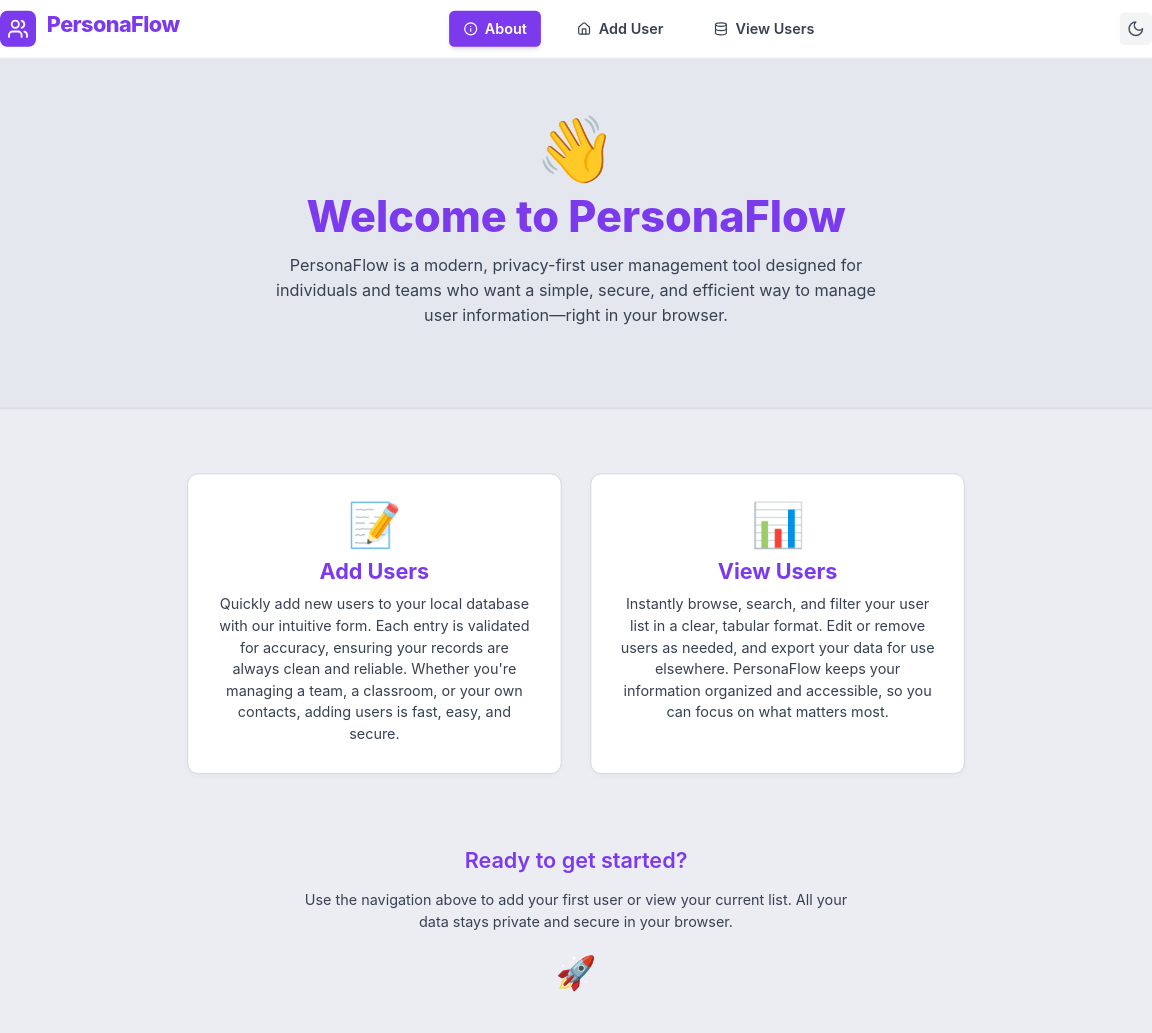
Repository: nikunjagarwal05/PersonaFlow
Page: /
These files come from the project's save history. The page is drawn as it stood at one moment and after a run of saves; the edit follows.
The browser window is 1280 px wide. The pictures show the whole page, at 90% of full size.
The project was rebuilt for these pictures with package versions that can differ from the ones it lists, and the page was loaded fresh each time. Also part of the build but not shown: vite.config.ts, src/components/Toast.jsx, src/components/UserForm.jsx, src/utils/localStorage.js, src/pages/Home.jsx, src/components/UserTable.jsx, src/components/SearchBar.jsx, src/components/Pagination.jsx and 2 more.

Above is the page before, as saved 2025-06-10 18:19:06.

### index.html
<!doctype html>
<html lang="en">
  <head>
    <meta charset="UTF-8" />
    <link rel="icon" type="image/svg+xml" href="/vite.svg" />
    <meta name="viewport" content="width=device-width, initial-scale=1.0" />
    <meta name="description" content="PersonaFlow - A professional user management system with advanced data handling capabilities" />
    <meta name="keywords" content="user management, data management, professional design, React, JavaScript" />
    <meta name="author" content="PersonaFlow Team" />

    <!-- Open Graph / Facebook -->
    <meta property="og:type" content="website" />
    <meta property="og:title" content="PersonaFlow - Professional User Management" />
    <meta property="og:description" content="Manage users with our professional, clean interface" />

    <!-- Twitter -->
    <meta property="twitter:card" content="summary_large_image" />
    <meta property="twitter:title" content="PersonaFlow - Professional User Management" />
    <meta property="twitter:description" content="Manage users with our professional, clean interface" />

    <title>PersonaFlow - User Management System</title>
  </head>
  <body>
    <div id="root"></div>
    <script type="module" src="/src/main.jsx"></script>
  </body>
</html>

### src/App.jsx
import React, { useState, useEffect } from 'react';
import { BrowserRouter as Router, Routes, Route } from 'react-router-dom';

import { ToastProvider } from './components/ToastContainer';
import Navbar from './components/Navbar';
import Home from './pages/Home';
import ViewData from './pages/ViewData';
import About from './pages/About';

// App component manages global state, dark mode, and routing
function App() {
  const [darkMode, setDarkMode] = useState(() => {
    const saved = localStorage.getItem('darkMode');
    return saved ? JSON.parse(saved) : false;
  });

  useEffect(() => {
    localStorage.setItem('darkMode', JSON.stringify(darkMode));
    if (darkMode) {
      document.documentElement.classList.add('dark');
    } else {
      document.documentElement.classList.remove('dark');
    }
  }, [darkMode]);

  const toggleDarkMode = () => {
    setDarkMode(!darkMode);
  };

  return (
    <div className={`min-h-screen transition-colors duration-300 ${darkMode ? 'dark' : ''}`}>
      <ToastProvider>
        <Router>
          <Navbar darkMode={darkMode} toggleDarkMode={toggleDarkMode} />
          <Routes>
            <Route path="/" element={<About />} />
            <Route path="/add" element={<Home />} />
            <Route path="/view" element={<ViewData />} />
          </Routes>
        </Router>
      </ToastProvider>
    </div>
  );
}

export default App;

### src/index.css
@tailwind base;
@tailwind components;
@tailwind utilities;

@layer base {
  html {
    scroll-behavior: smooth;
  }

  body {
    font-family: -apple-system, BlinkMacSystemFont, 'Segoe UI', 'Roboto', 'Oxygen',
      'Ubuntu', 'Cantarell', 'Fira Sans', 'Droid Sans', 'Helvetica Neue',
      sans-serif;
    -webkit-font-smoothing: antialiased;
    -moz-osx-font-smoothing: grayscale;
    background-color: theme('colors.lightbg'); /* Deeper, softer white for light mode */
    color: theme('colors.gray.900');
  }
  .card {
    background-color: theme('colors.lightcard');
    border: 1px solid theme('colors.lightborder');
    border-radius: 0.75rem;
    box-shadow: 0 2px 8px 0 rgba(0,0,0,0.03);
  }
  .dark body {
    background-color: theme('colors.gray.900');
    color: theme('colors.gray.100');
  }
  .dark .card {
    background-color: theme('colors.gray.800');
    border: 1px solid theme('colors.gray.700');
  }
}

@layer utilities {
  .animate-slide-in {
    animation: slideIn 0.3s ease-out;
  }

  .animate-fade-in {
    animation: fadeIn 0.2s ease-out;
  }
}

@keyframes slideIn {
  from {
    opacity: 0;
    transform: translateX(100%);
  }
  to {
    opacity: 1;
    transform: translateX(0);
  }
}

@keyframes fadeIn {
  from {
    opacity: 0;
  }
  to {
    opacity: 1;
  }
}

/* Custom scrollbar */
::-webkit-scrollbar {
  width: 8px;
}

::-webkit-scrollbar-track {
  background: rgba(0, 0, 0, 0.1);
  border-radius: 10px;
}

::-webkit-scrollbar-thumb {
  background: #3b82f6;
  border-radius: 10px;
}

::-webkit-scrollbar-thumb:hover {
  background: #2563eb;
}

/* Focus styles */
input:focus, select:focus, textarea:focus {
  outline: none;
  box-shadow: 0 0 0 3px rgba(59, 130, 246, 0.3);
}

/* Selection styles */
::selection {
  background: rgba(59, 130, 246, 0.3);
  color: white;
}

/* Loading spinner */
.loading-spinner {
  border: 3px solid rgba(59, 130, 246, 0.3);
  border-radius: 50%;
  border-top: 3px solid #3b82f6;
  width: 24px;
  height: 24px;
  animation: spin 1s linear infinite;
}

@keyframes spin {
  0% { transform: rotate(0deg); }
  100% { transform: rotate(360deg); }
}

/* Button animations */
.btn-hover {
  transition: all 0.2s ease-in-out;
}

.btn-hover:hover {
  transform: translateY(-1px);
  box-shadow: 0 4px 12px rgba(0, 0, 0, 0.15);
}

/* Card hover effects */
.card-hover {
  transition: all 0.2s ease-in-out;
}

.card-hover:hover {
  transform: translateY(-2px);
  box-shadow: 0 8px 25px rgba(0, 0, 0, 0.1);
}

/* Mobile optimizations */
@media (max-width: 768px) {
  .animate-slide-in {
    animation: slideInMobile 0.3s ease-out;
  }
}

@keyframes slideInMobile {
  from {
    opacity: 0;
    transform: translateY(20px);
  }
  to {
    opacity: 1;
    transform: translateY(0);
  }
}

/* High contrast mode support */
@media (prefers-contrast: high) {
  .bg-gradient-to-r {
    background: solid;
  }
}

/* Reduced motion support */
@media (prefers-reduced-motion: reduce) {
  * {
    animation-duration: 0.01ms !important;
    animation-iteration-count: 1 !important;
    transition-duration: 0.01ms !important;
  }

  .animate-slide-in,
  .animate-fade-in {
    animation: none;
  }
}

/* Dark mode improvements */
.dark {
  color-scheme: dark;
}

/* Form improvements */
.form-input {
  transition: all 0.2s ease-in-out;
}

.form-input:focus {
  transform: translateY(-1px);
}

/* Table improvements */
.table-row {
  transition: all 0.2s ease-in-out;
}

.table-row:hover {
  transform: scale(1.01);
}

/* Accent color for buttons and links */
.btn-accent {
  background-color: theme('colors.accent.DEFAULT');
  color: #fff;
}
.btn-accent:hover {
  background-color: theme('colors.accent.dark');
}
.link-accent {
  color: theme('colors.accent.DEFAULT');
}
.link-accent:hover {
  color: theme('colors.accent.dark');
}

/* Use darkaccent for accent in dark mode */
.dark .btn-accent {
  background-color: theme('colors.darkaccent.DEFAULT');
  color: #fff;
}
.dark .btn-accent:hover {
  background-color: theme('colors.darkaccent.dark');
}
.dark .link-accent {
  color: theme('colors.darkaccent.DEFAULT');
}
.dark .link-accent:hover {
  color: theme('colors.darkaccent.dark');
}

### src/components/ToastContainer.jsx
import React, { createContext, useContext, useState, useCallback } from 'react';
import Toast from './Toast';

// ToastContainer provides context and renders toasts
const ToastContext = createContext(undefined);

export const useToast = () => {
  const context = useContext(ToastContext);
  if (!context) {
    throw new Error('useToast must be used within a ToastProvider');
  }
  return context;
};

export const ToastProvider = ({ children }) => {
  const [toasts, setToasts] = useState([]);

  const showToast = useCallback((toast) => {
    const id = crypto.randomUUID();
    const newToast = {
      ...toast,
      id,
      onClose: removeToast,
    };
    setToasts(prev => [...prev, newToast]);
  }, []);

  const removeToast = useCallback((id) => {
    setToasts(prev => prev.filter(toast => toast.id !== id));
  }, []);

  return (
    <ToastContext.Provider value={{ showToast }}>
      {children}
      <div className="fixed top-4 right-4 z-50 space-y-2 max-w-sm">
        {toasts.map(toast => (
          <Toast key={toast.id} {...toast} />
        ))}
      </div>
    </ToastContext.Provider>
  );
};

### src/components/Navbar.jsx
import React from 'react';
import { Link, useLocation } from 'react-router-dom';
import { Home, Database, Moon, Sun, Users, Info } from 'lucide-react';

// Navbar component provides navigation and dark mode toggle
const Navbar = ({ darkMode, toggleDarkMode }) => {
  const location = useLocation();

  return (
    <nav className="sticky top-0 z-40 bg-white dark:bg-gray-900 border-b border-gray-200 dark:border-gray-700 shadow-sm">
      <div className="max-w-7xl mx-auto">
        <div className="flex justify-between items-center h-16 w-full">

          {/* App Name at far left */}
          <div className="flex items-centermin-w-[220px]">

            <div className="p-2 bg-accent dark:bg-darkaccent rounded-lg">
              <Users className="w-6 h-6 text-white" />
            </div>

            <h1 className="ml-3 text-2xl font-extrabold text-accent dark:text-darkaccent-light tracking-tight select-none">
              PersonaFlow
            </h1>
          </div>

          {/* Nav Links Centered */}
          <div className="flex-1  flex justify-center">
            <div className="flex items-baseline space-x-6">
              <Link
                to="/"
                className={`px-4 py-2 rounded-md font-semibold transition-all duration-200 flex items-center space-x-2 ${
                  location.pathname === '/'
                    ? 'bg-accent dark:bg-darkaccent text-white shadow-md'
                    : 'text-gray-700 dark:text-gray-300 hover:bg-gray-100 dark:hover:bg-gray-800'
                }`}
              >
                <Info className="w-4 h-4" />
                <span>About</span>
              </Link>
              <Link
                to="/add"
                className={`px-4 py-2 rounded-md font-semibold transition-all duration-200 flex items-center space-x-2 ${
                  location.pathname === '/add'
                    ? 'bg-accent dark:bg-darkaccent text-white shadow-md'
                    : 'text-gray-700 dark:text-gray-300 hover:bg-gray-100 dark:hover:bg-gray-800'
                }`}
              >
                <Home className="w-4 h-4" />
                <span>Add User</span>
              </Link>
              <Link
                to="/view"
                className={`px-4 py-2 rounded-md font-semibold transition-all duration-200 flex items-center space-x-2 ${
                  location.pathname === '/view'
                    ? 'bg-accent dark:bg-darkaccent text-white shadow-md'
                    : 'text-gray-700 dark:text-gray-300 hover:bg-gray-100 dark:hover:bg-gray-800'
                }`}
              >
                <Database className="w-4 h-4" />
                <span>View Users</span>
              </Link>
            </div>
          </div>

          {/* Theme Toggle at far right */}
          <div className="flex items-center justify-end min-w-[60px]">
            <button
              onClick={toggleDarkMode}
              className="p-2 rounded-md bg-gray-100 dark:bg-gray-800 hover:bg-gray-200 dark:hover:bg-gray-700 transition-all duration-200"
              aria-label="Toggle dark mode"
            >
              {darkMode ? (
                <Sun className="w-5 h-5 text-yellow-500" />
              ) : (
                <Moon className="w-5 h-5 text-gray-600" />
              )}
            </button>
          </div>
        </div>
      </div>

      {/* Mobile Navigation */}
      <div className="md:hidden border-t border-gray-200 dark:border-gray-700">
        <div className="px-2 pt-2 pb-3 space-y-1">
          <Link
            to="/"
            className={`block px-3 py-2 rounded-md text-base font-medium transition-all duration-200 flex items-center space-x-2 ${
              location.pathname === '/'
                ? 'bg-accent dark:bg-darkaccent text-white'
                : 'text-gray-700 dark:text-gray-300 hover:bg-gray-100 dark:hover:bg-gray-800'
            }`}
          >
            <Info className="w-4 h-4" />
            <span>About</span>
          </Link>
          <Link
            to="/add"
            className={`block px-3 py-2 rounded-md text-base font-medium transition-all duration-200 flex items-center space-x-2 ${
              location.pathname === '/add'
                ? 'bg-accent dark:bg-darkaccent text-white'
                : 'text-gray-700 dark:text-gray-300 hover:bg-gray-100 dark:hover:bg-gray-800'
            }`}
          >
            <Home className="w-4 h-4" />
            <span>Add User</span>
          </Link>
          <Link
            to="/view"
            className={`block px-3 py-2 rounded-md text-base font-medium transition-all duration-200 flex items-center space-x-2 ${
              location.pathname === '/view'
                ? 'bg-accent dark:bg-darkaccent text-white'
                : 'text-gray-700 dark:text-gray-300 hover:bg-gray-100 dark:hover:bg-gray-800'
            }`}
          >
            <Database className="w-4 h-4" />
            <span>View Users</span>
          </Link>
        </div>
      </div>
    </nav>
  );
};

export default Navbar;

### src/pages/About.jsx
import React from 'react';

// About page: Explains the website and its main features in depth
const About = () => {
  return (
    <div className="min-h-screen bg-lightbg dark:bg-gray-900 text-gray-900 dark:text-gray-100">
      {/* Hero Section */}
      <section className="w-full py-16 bg-lightcard dark:bg-gray-800 border-b border-lightborder dark:border-gray-700 mb-10">
        <div className="max-w-3xl mx-auto px-4 flex flex-col items-center text-center">
          <span className="inline-block text-7xl mb-4">👋</span>
          <h1 className="text-4xl sm:text-5xl font-extrabold text-accent dark:text-accent-light mb-4">Welcome to PersonaFlow</h1>
          <p className="text-lg text-gray-700 dark:text-gray-200 max-w-2xl mb-6">
            PersonaFlow is a modern, privacy-first user management tool designed for individuals and teams who want a simple, secure, and efficient way to manage user information—right in your browser.
          </p>
        </div>
      </section>

      {/* Features Section */}
      <section className="max-w-4xl mx-auto px-4 py-8 grid grid-cols-1 md:grid-cols-2 gap-8">
        {/* Add Users Feature */}
        <div className="bg-white dark:bg-gray-800 card p-8 flex flex-col items-center text-center">
          <span className="text-5xl mb-3">📝</span>
          <h2 className="text-2xl font-bold text-accent dark:text-accent-light mb-2">Add Users</h2>
          <p className="text-gray-700 dark:text-gray-200">
            Quickly add new users to your local database with our intuitive form. Each entry is validated for accuracy, ensuring your records are always clean and reliable. Whether you're managing a team, a classroom, or your own contacts, adding users is fast, easy, and secure.
          </p>
        </div>
        {/* View Users Feature */}
        <div className="bg-white dark:bg-gray-800 card p-8 flex flex-col items-center text-center">
          <span className="text-5xl mb-3">📊</span>
          <h2 className="text-2xl font-bold text-accent dark:text-accent-light mb-2">View Users</h2>
          <p className="text-gray-700 dark:text-gray-200">
            Instantly browse, search, and filter your user list in a clear, tabular format. Edit or remove users as needed, and export your data for use elsewhere. PersonaFlow keeps your information organized and accessible, so you can focus on what matters most.
          </p>
        </div>
      </section>

      {/* Call to Action */}
      <section className="max-w-2xl mx-auto px-4 py-12 text-center">
        <h3 className="text-2xl font-semibold mb-4 text-accent dark:text-accent-light">Ready to get started?</h3>
        <p className="text-gray-700 dark:text-gray-200 mb-6">
          Use the navigation above to add your first user or view your current list. All your data stays private and secure in your browser.
        </p>
        <span className="inline-block text-4xl">🚀</span>
      </section>
    </div>
  );
};

export default About;

### tailwind.config.js
/** @type {import('tailwindcss').Config} */
export default {
  content: ['./index.html', './src/**/*.{js,ts,jsx,tsx}'],
  theme: {
    extend: {
      colors: {
        lightbg: '#ececf3', // deeper, softer white for light mode
        lightcard: '#e5e7ef', // soft card
        lightborder: '#d1d5db',
        accent: {
          DEFAULT: '#7c3aed', // deep purple for light mode
          dark: '#6d28d9', // even deeper purple
          light: '#a78bfa', // lighter purple
        },
        darkaccent: {
          DEFAULT: '#06b6d4', // cyan/teal for dark mode
          dark: '#0e7490',
          light: '#67e8f9',
        },
      },
    },
  },
  plugins: [],
  darkMode: 'class',
};

Loaded but not shown: src/main.jsx (common file)

After the next 3 saves:
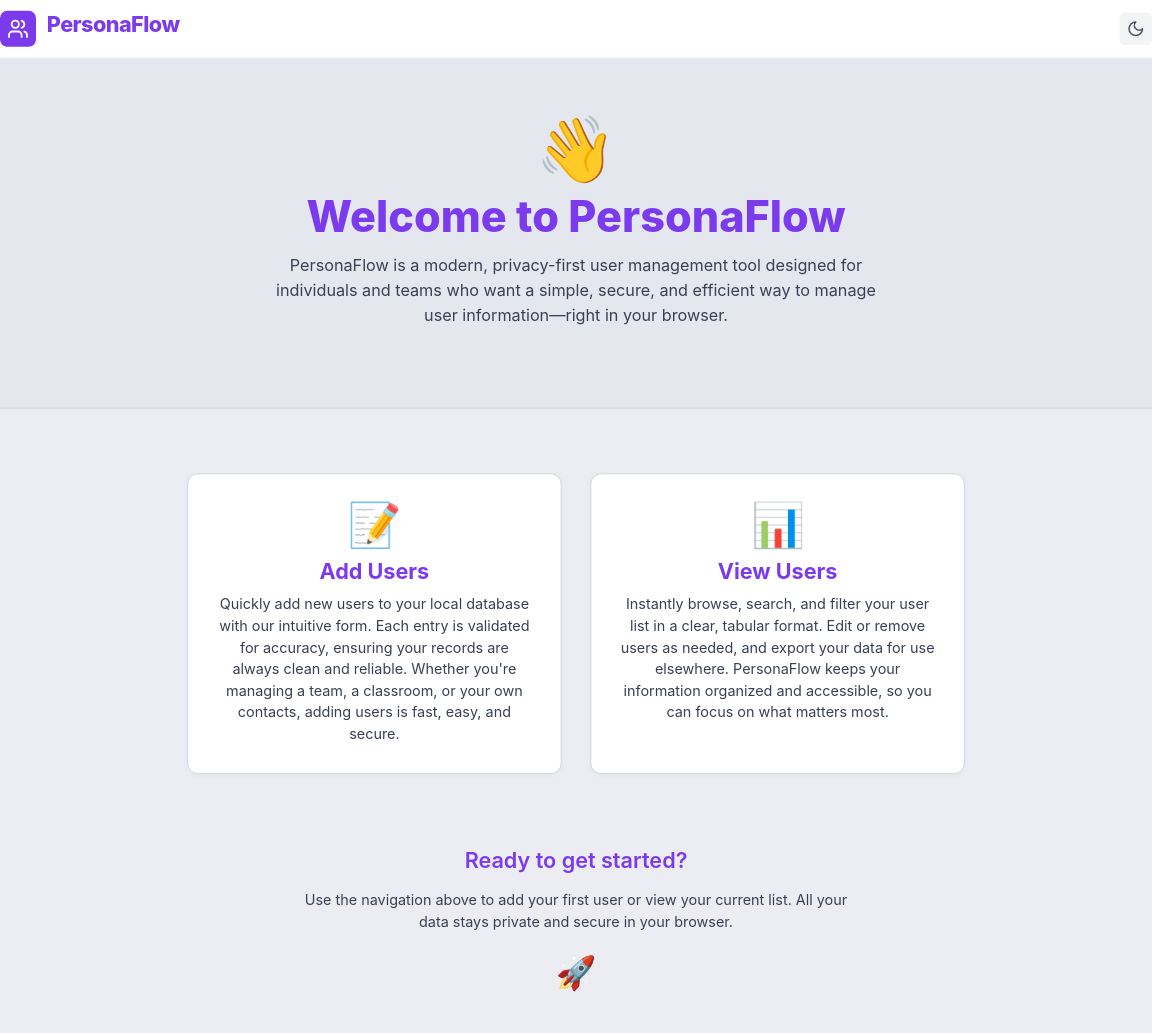
The 3 saves are shown as one change because they came seconds apart.
The last was saved 8 s later.
--- a/src/components/Navbar.jsx
+++ b/src/components/Navbar.jsx
@@ -24,7 +24,7 @@
           </div>
 
           {/* Nav Links Centered */}
-          <div className="flex-1  flex justify-center">
+          <div className="flex-1 md:hidden flex justify-center">
             <div className="flex items-baseline space-x-6">
               <Link
                 to="/"

After the 5 saves that followed:
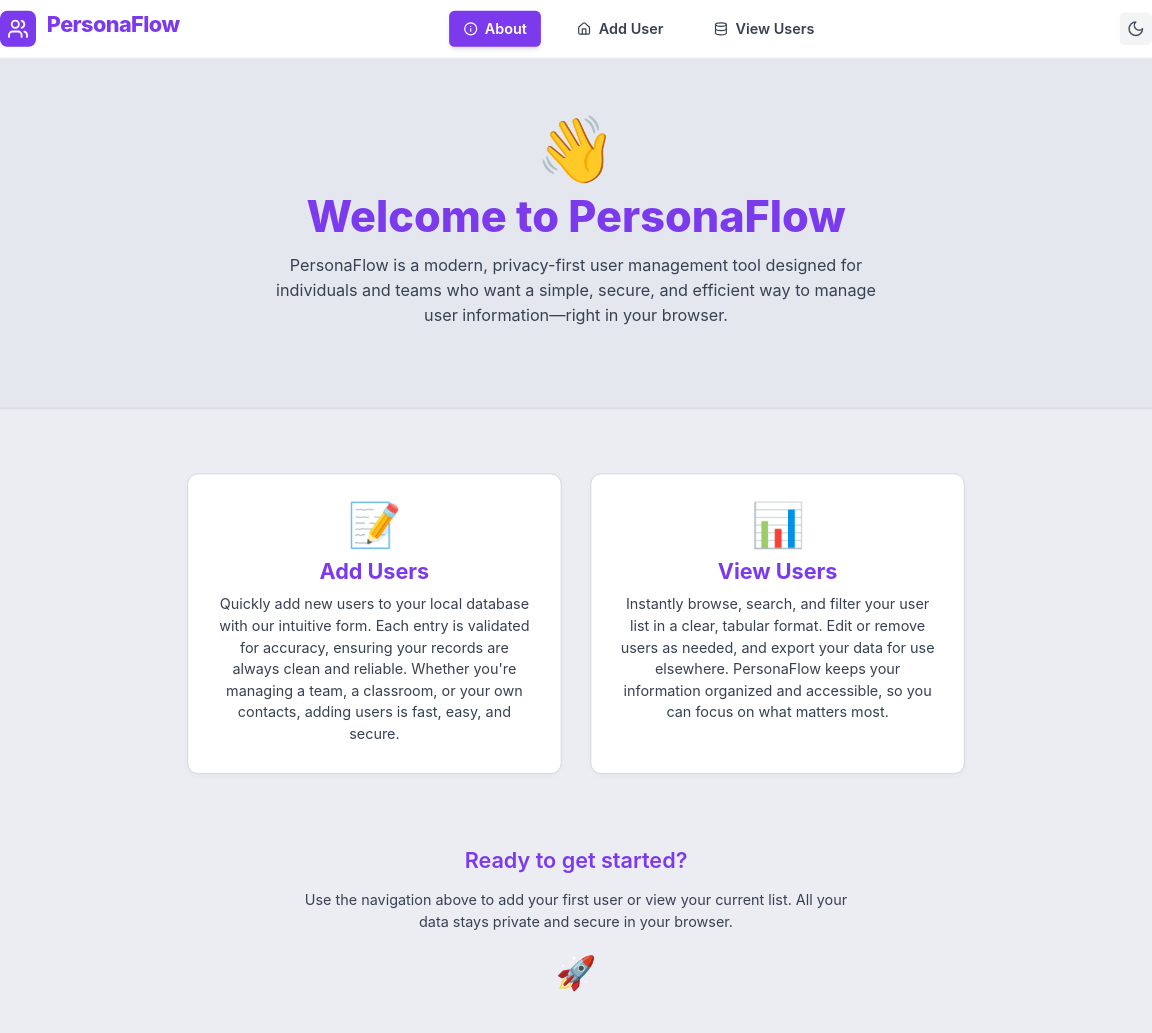
The 5 saves are shown as one change because 1 left the picture as it was and some came seconds apart.
The last was saved 17 s later.
--- a/src/components/Navbar.jsx
+++ b/src/components/Navbar.jsx
@@ -24,7 +24,7 @@
           </div>
 
           {/* Nav Links Centered */}
-          <div className="flex-1 md:hidden flex justify-center">
+          <div className="flex-1 lg: flex justify-center">
             <div className="flex items-baseline space-x-6">
               <Link
                 to="/"
